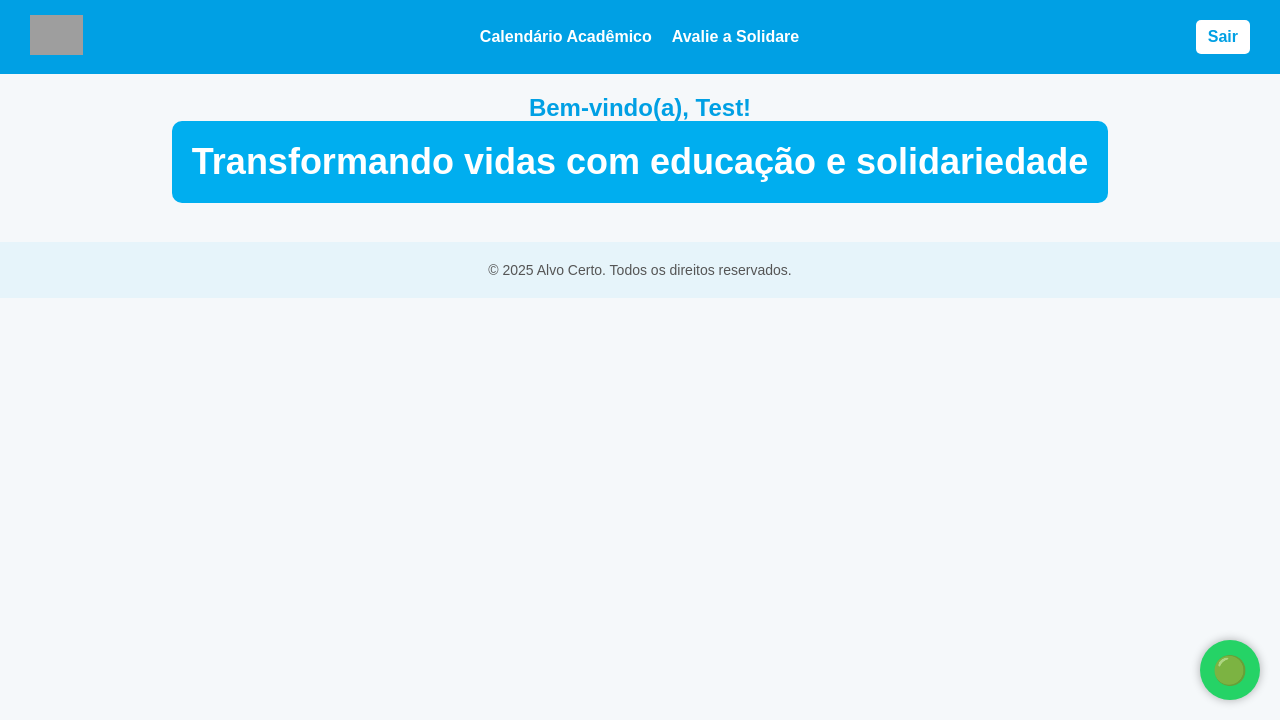
Repository: Guilherme-burle/Portal-do-Aluno-P2
Page: http://localhost/
An editor plug-in stored every save of this project. The page is shown before and after the next save, followed by the edit.
The browser window is 1280 px wide. The pictures show the whole page.
Pictures or frames that could not be fetched are drawn as grey boxes. The page is served by the project's application, run on Django 5.2 (PortaldoAluno/manage.py). A made-up administrator, testuser (Test User, test@example.com), is signed in. Other server files are loaded and not shown.

Above is the page before, as saved 2025-05-16 16:50:23.

### PortaldoAluno/Aplicativo/templates/home.html
<!DOCTYPE html>
<html lang="pt-BR">
<head>
  <meta charset="UTF-8">
  <title>Home - Alvo Certo</title>
  <style>
    * {
      box-sizing: border-box;
    }

    body {
      margin: 0;
      font-family: Arial, sans-serif;
      background-color: #f5f8fa;
    }

    header {
      background-color: #00a0e4;
      padding: 15px 30px;
      display: flex;
      align-items: center;
      justify-content: space-between;
      position: sticky;
      top: 0;
      z-index: 1000;
      flex-wrap: wrap;
    }

    .logo img {
      height: 40px;
    }

    nav ul {
      list-style: none;
      margin: 0;
      padding: 0;
      display: flex;
      gap: 20px;
    }

    nav ul li a {
      color: white;
      text-decoration: none;
      font-weight: bold;
      transition: color 0.3s ease;
    }

    nav ul li a:hover {
      color: #ccefff;
    }

    .auth-buttons {
      display: flex;
      gap: 10px;
    }

    .auth-buttons a {
      background-color: white;
      color: #00a0e4;
      padding: 8px 12px;
      border-radius: 5px;
      text-decoration: none;
      font-weight: bold;
    }

    .auth-buttons a:hover {
      background-color: #e6f4fa;
    }

    .banner {
      background-size: cover;
      background-position: center;
      height: 40px;
      display: flex;
      align-items: center;
      justify-content: center;
      color: white;
      text-align: center;
      animation: zoomIn 20s infinite alternate ease-in-out;
    }

    @keyframes zoomIn {
      from {
        background-size: 100%;
      }
      to {
        background-size: 110%;
      }
    }

    .banner h1 {
      background-color: rgb(0, 174, 239);
      padding: 20px;
      border-radius: 10px;
      font-size: 36px;
    }

    .whatsapp-float {
      position: fixed;
      bottom: 20px;
      right: 20px;
      background-color: #25d366;
      color: white;
      border-radius: 50%;
      width: 60px;
      height: 60px;
      display: flex;
      align-items: center;
      justify-content: center;
      font-size: 28px;
      box-shadow: 0 0 10px rgba(0,0,0,0.3);
      z-index: 999;
      text-decoration: none;
    }

    footer {
      background-color: #e6f4fa;
      text-align: center;
      padding: 20px;
      margin-top: 60px;
      font-size: 14px;
      color: #555;
    }

    @media (max-width: 768px) {
      nav ul {
        flex-wrap: wrap;
        gap: 10px;
        margin-top: 10px;
      }

      .auth-buttons {
        margin-top: 10px;
      }

      .banner h1 {
        font-size: 24px;
        padding: 10px;
      }
    }
  </style>
</head>
<body>

  <header>
    <div class="logo">
      <img src="https://i.imgur.com/7H8lMIL.png" alt="Logo Alvo Certo">
    </div>

    <nav>
      <ul>
        {% if user.is_authenticated %}
        <li><a href="{% url 'calendario' %}">Calendário Acadêmico</a></li>
        <li><a href="{% url 'avaliacao' %}">Avalie a Solidare</a></li>
        {% endif %}
      </ul>
    </nav>

    <div class="auth-buttons">
      {% if user.is_authenticated %}
        <a href="{% url 'logout' %}">Sair</a>
      {% else %}
        <a href="{% url 'login' %}">Login</a>
        <a href="{% url 'cadastro' %}">Cadastro</a>
      {% endif %}
    </div>
  </header>

  {% if user.is_authenticated %}
  <h2 style="text-align: center; color: #00a0e4; margin-top: 20px;">
    Bem-vindo(a), {{ user.first_name|default:"usuário" }}!
  </h2>
  {% endif %}

  <section class="banner">
    <h1>Transformando vidas com educação e solidariedade</h1>
  </section>

  <a class="whatsapp-float" href="https://wa.me/5581932514480" target="_blank" title="Fale conosco no WhatsApp">
    🟢
  </a>

  <footer>
    © 2025 Alvo Certo. Todos os direitos reservados.
  </footer>

</body>
</html>

### PortaldoAluno/Aplicativo/decorators.py
from django.shortcuts import redirect

def login_required(view_func):
    def wrapper(request, *args, **kwargs):
        if not request.user.is_authenticated:
            return redirect('login')
        return view_func(request, *args, **kwargs)
    return wrapper

### PortaldoAluno/Aplicativo/views.py
from django.contrib.auth import logout
from django.contrib.auth.models import User
from django.shortcuts import render, redirect, get_object_or_404
from django.contrib.auth import authenticate, login as auth_login
from .models import Aluno, Avaliacao, EventoCalendario
from django.contrib import messages
from django.urls import reverse
from .decorators import login_required
from django.contrib.auth.hashers import make_password
from datetime import datetime
from datetime import date

@login_required
def home(request):
    return render(request, 'home.html')

@login_required
def home_adm(request):
    alunos = Aluno.objects.all()
    return render(request, 'homeadm.html', {'alunos': alunos})

def cadastro(request):
    if request.method == 'POST':
        nome = request.POST.get('nome')
        email = request.POST.get('email')
        senha = request.POST.get('senha')
        is_admin = request.POST.get('is_admin') == 'on'

        print(f"Nome: {nome}")
        print(f"E-mail: {email}")
        print(f"Senha: {senha}")
        print(f"Administrador: {is_admin}")

        if User.objects.filter(email=email).exists():
            return render(request, 'cadastro.html', {'mensagem': 'E-mail já está em uso.'})

        try:
            user = User.objects.create_user(
                username=email,
                email=email,
                password=senha,
                first_name=nome,
                is_superuser=is_admin,
                is_staff=is_admin
            )
            user.save()

            print(f"Usuário {user.username} cadastrado com sucesso!")

            return redirect('login')

        except Exception as e:
            print(f"Erro ao criar o usuário: {e}")
            return render(request, 'cadastro.html', {
                'mensagem': 'Erro ao cadastrar o usuário. Tente novamente.',
                'tipo_mensagem': 'error'
            })

    return render(request, 'cadastro.html')

def login(request):
    if request.method == 'POST':
        username = request.POST.get('username')
        password = request.POST.get('password')

        print(f"Username: {username}, Password: {password}")
        user = authenticate(request, username=username, password=password)

        if user:
            print("Usuário autenticado!")
            auth_login(request, user)
            return redirect('homeadm') if user.is_staff else redirect('home')
        else:
            print("Dados inválidos")
            return render(request, 'login.html', {'erro': 'Credenciais inválidas'})

    return render(request, 'login.html')

@login_required
def logout_view(request):
    logout(request)
    return redirect('home')

@login_required
def add_aluno(request):
    if request.method == 'POST':
        nome = request.POST.get('nome')
        data_nascimento = request.POST.get('data_nascimento')
        escolaridade = request.POST.get('escolaridade')
        turno = request.POST.get('turno')
        escola = request.POST.get('escola')
        endereco = request.POST.get('endereco')
        bairro = request.POST.get('bairro')
        telefone = request.POST.get('telefone')
        curso = request.POST.get('curso')

        if not all([nome, data_nascimento, escolaridade, turno, escola, endereco, bairro, telefone, curso]):
            return render(request, 'add.html', {'erro': 'Todos os campos são obrigatórios'})

        aluno = Aluno.objects.create(
            nome=nome,
            data_nascimento=data_nascimento,
            escolaridade=escolaridade,
            turno=turno,
            escola=escola,
            endereco=endereco,
            bairro=bairro,
            telefone=telefone,
            curso=curso,
        )

        aluno.save()

        messages.success(request, 'Aluno cadastrado com sucesso!')
        return render(request, 'add.html')

    return render(request, 'add.html')

@login_required
def ver(request):
    alunos = Aluno.objects.all()

    return render(request, 'ver.html', {'alunos': alunos})

@login_required
def deletar_alunos(request, aluno_id):
    aluno = get_object_or_404(Aluno, id=aluno_id)
    aluno.delete()
    return redirect(request.META.get('HTTP_REFERER', 'ver'))

@login_required
def editar_alunos(request, aluno_id):
    aluno = get_object_or_404(Aluno, id=aluno_id)

    if request.method == 'POST':
        nome = request.POST.get('nome')
        data_nascimento = request.POST.get('data_nascimento')
        escolaridade = request.POST.get('escolaridade')
        turno = request.POST.get('turno')
        escola = request.POST.get('escola')
        endereco = request.POST.get('endereco')
        bairro = request.POST.get('bairro')
        telefone = request.POST.get('telefone')
        curso = request.POST.get('curso')

        alterado = (
            nome != aluno.nome or
            data_nascimento != str(aluno.data_nascimento) or
            escolaridade != aluno.escolaridade or
            turno != aluno.turno or
            escola != aluno.escola or
            endereco != aluno.endereco or
            bairro != aluno.bairro or
            telefone != aluno.telefone or
            curso != aluno.curso
        )

        if alterado:
            aluno.nome = nome
            aluno.data_nascimento = data_nascimento
            aluno.escolaridade = escolaridade
            aluno.turno = turno
            aluno.escola = escola
            aluno.endereco = endereco
            aluno.bairro = bairro
            aluno.telefone = telefone
            aluno.curso = curso
            aluno.save()
            messages.success(request, 'Informações atualizadas com sucesso!')
        else:
            messages.error(request, 'Você precisa alterar alguma informação.')

    return render(request, 'editar.html', {'aluno': aluno})

@login_required
def avaliar_solidare(request):
    if request.method == 'POST':
        pergunta_1 = request.POST.get('pergunta_1')
        pergunta_2 = request.POST.get('pergunta_2')
        pergunta_3 = request.POST.get('pergunta_3')
        sugestao = request.POST.get('sugestao', '')

        if not all([pergunta_1, pergunta_2, pergunta_3]):
            messages.error(request, 'Responda todos os campos.')
            return render(request, 'avaliacao.html')

        Avaliacao.objects.create(
            pergunta_1=pergunta_1,
            pergunta_2=pergunta_2,
            pergunta_3=pergunta_3,
            sugestao=sugestao
        )
        messages.success(request, 'Avaliação enviada com sucesso!')

    return render(request, 'avaliacao.html')

@login_required
def calendario(request):
    hoje = date.today()
    eventos = EventoCalendario.objects.filter(user=request.user).order_by('data')
    meses = ["Janeiro", "Fevereiro", "Março", "Abril", "Maio", "Junho", "Julho", "Agosto", "Setembro", "Outubro", "Novembro", "Dezembro"]
    dias_semana = ["Dom", "Seg", "Ter", "Qua", "Qui", "Sex", "Sab"]
    contexto = {
        'meses': meses,
        'dias_semana': dias_semana,
        'eventos': eventos,
        'ano_atual': hoje.year,
        'mes_atual': hoje.month - 1
    }
    return render(request, 'calendario.html', contexto)

@login_required
def add_eventos(request):
    data = request.GET.get('data')

    if request.method == 'POST':
        nome = request.POST.get('nome')
        descricao = request.POST.get('descricao')


        if nome and data:
            EventoCalendario.objects.create(nome=nome, data=data, descricao=descricao, user=request.user)
            from django.contrib import messages
            messages.success(request, "Evento adicionado com sucesso!")
            return redirect('calendario')
        else:
            return render(request, 'add_eventos.html', {'erro': 'Dados incompletos.', 'data': data})

    if not data:
        return render(request, 'erro.html', {'mensagem': 'Data não informada.'})

    return render(request, 'add_eventos.html', {'data': data})

### PortaldoAluno/projeto/urls.py
"""
URL configuration for portal project.

The `urlpatterns` list routes URLs to views. For more information please see:
    https://docs.djangoproject.com/en/5.2/topics/http/urls/
Examples:
Function views
    1. Add an import:  from my_app import views
    2. Add a URL to urlpatterns:  path('', views.home, name='home')
Class-based views
    1. Add an import:  from other_app.views import Home
    2. Add a URL to urlpatterns:  path('', Home.as_view(), name='home')
Including another URLconf
    1. Import the include() function: from django.urls import include, path
    2. Add a URL to urlpatterns:  path('blog/', include('blog.urls'))
"""
from django.contrib import admin
from django.urls import path, include

urlpatterns = [
    path('admin/', admin.site.urls),
    path('', include('Aplicativo.urls')),
]

### PortaldoAluno/Aplicativo/urls.py
from django.urls import path
from . import views

urlpatterns = [
    path('', views.home, name='home'),
    path('login/', views.login, name='login'),
    path('logout/', views.logout_view, name='logout'),
    path('cadastro/', views.cadastro, name='cadastro'),
    path('add/', views.add_aluno, name='add'),
    path('homeadm/', views.home_adm, name='homeadm'),
    path('ver/', views.ver, name='ver'),
    path('ver/<int:aluno_id>/deletar', views.deletar_alunos, name='deletar'),
    path('ver/<int:aluno_id>/editar', views.editar_alunos, name='editar'),
    path('avaliacao/', views.avaliar_solidare, name='avaliacao'),
    path('calendario/', views.calendario, name='calendario'),
    path('add_eventos/', views.add_eventos, name='add_eventos'),
]

After the next save:
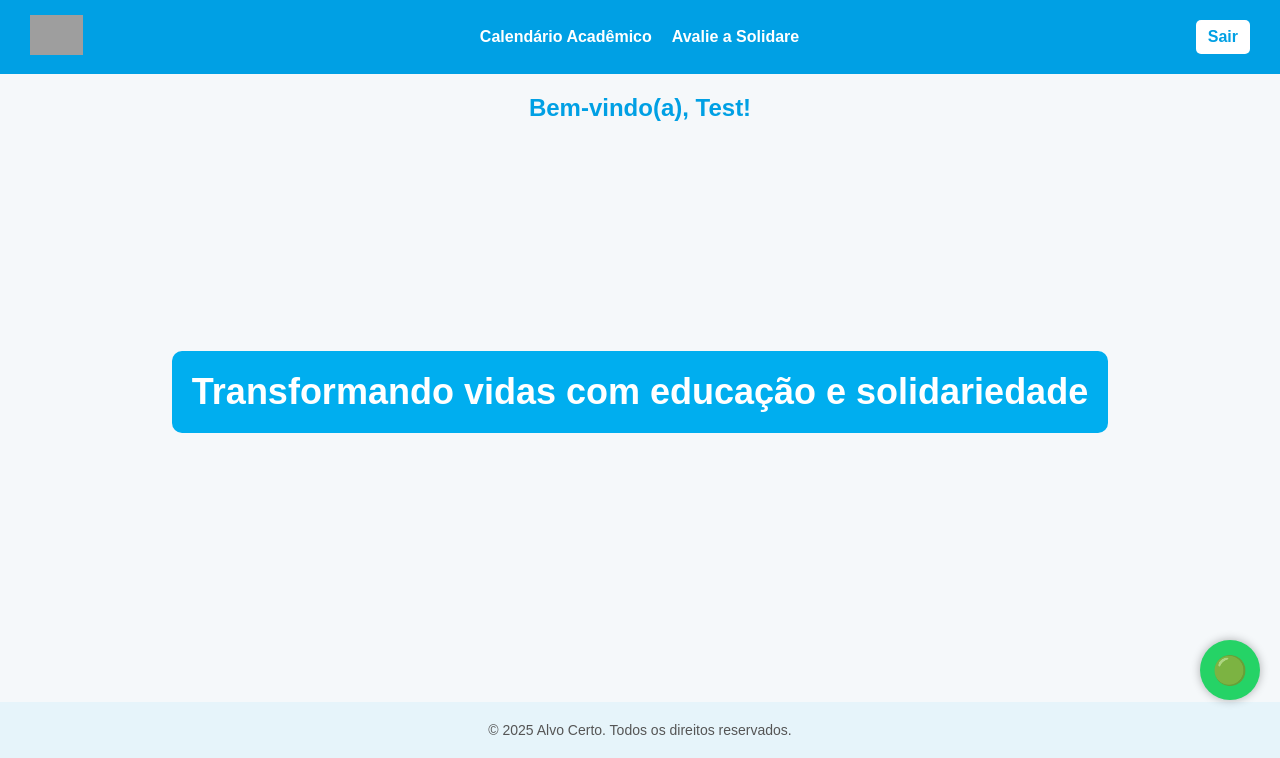
Saved 4 s later.
--- a/PortaldoAluno/Aplicativo/templates/home.html
+++ b/PortaldoAluno/Aplicativo/templates/home.html
@@ -70,7 +70,7 @@
     .banner {
       background-size: cover;
       background-position: center;
-      height: 40px;
+      height: 500px;
       display: flex;
       align-items: center;
       justify-content: center;
